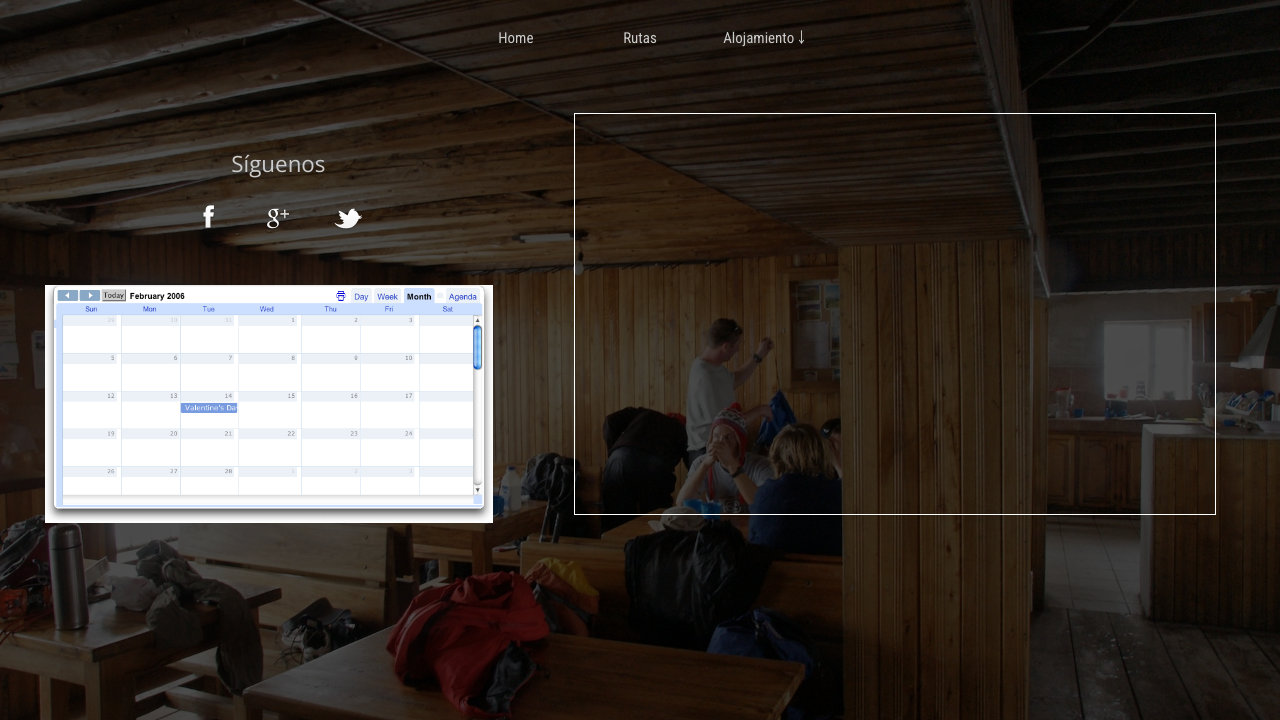
Repository: Croqueta-OPS/proyecto-pyrenees
Page: alojamiento.html
The author's editor kept a record of every edit. The page is drawn from the files as they stood at one moment, then again after the next edit.
The browser window is 1280 px wide. The pictures show the whole page.

Above is the page before.

After the next edit:
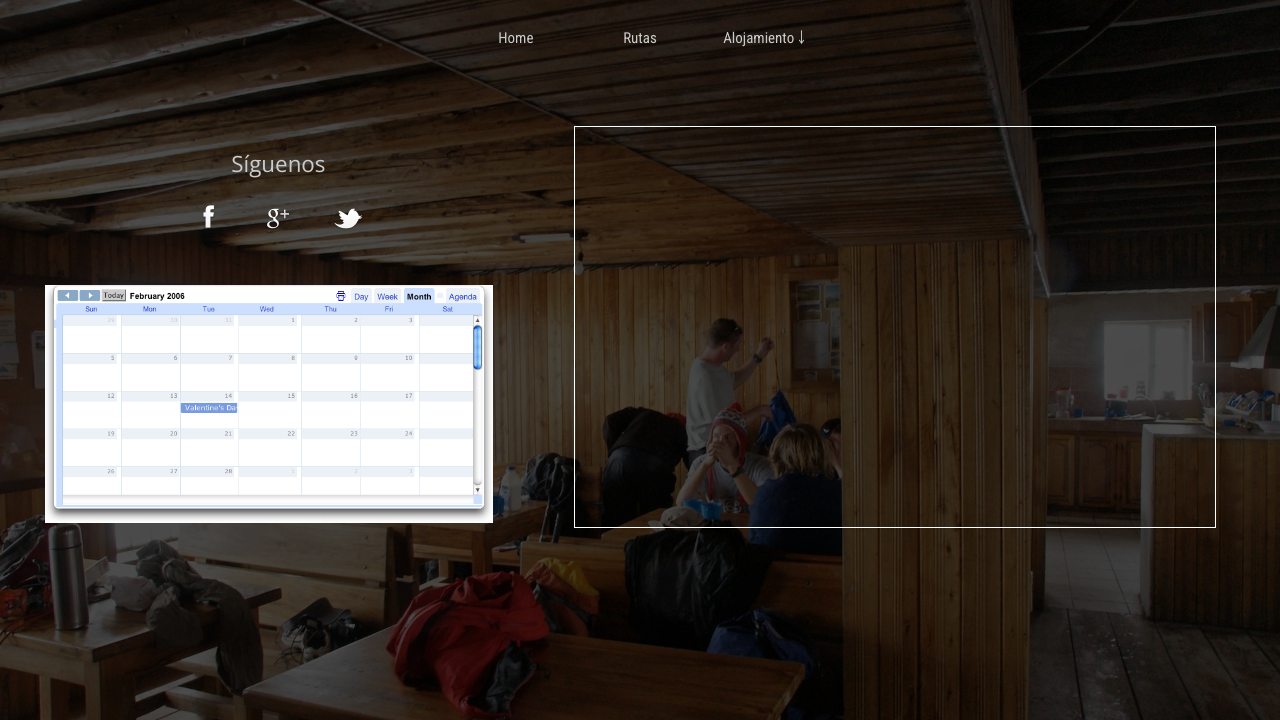
The edit:
--- a/css/camping.css
+++ b/css/camping.css
@@ -44,7 +44,7 @@
 }
 
 .rightContainer {
-    margin-top: 1%;
+    margin-top: 2%;
     width: 50%;
     float: right;
     margin-right: 5%;
